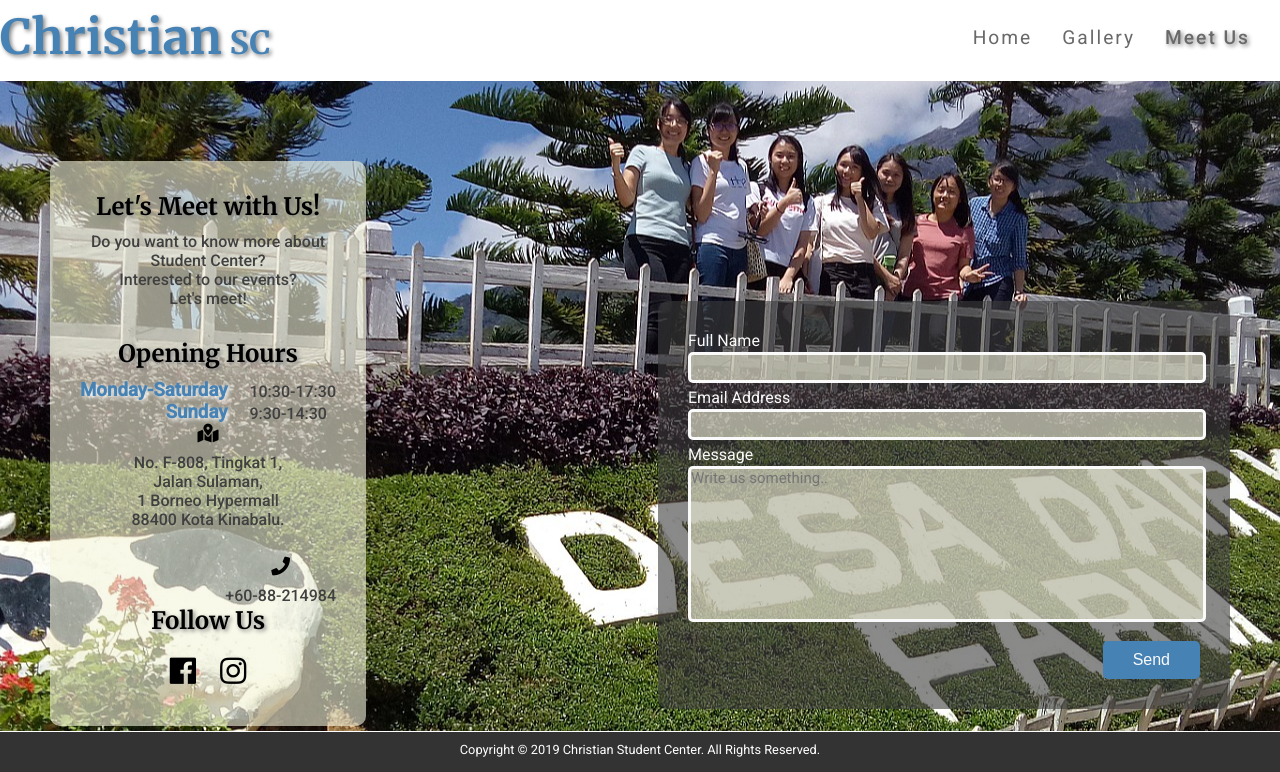
Repository: kongteckmee/christian-sc
Page: meet.html
The author's editor kept a record of every edit. The page is drawn from the files as they stood at one moment, then again after the next edit.
The browser window is 1280 px wide. The pictures show the whole page.
Some web libraries are served in a nearby version.

Above is the page before.

### meet.html
<!DOCTYPE html>
<html lang="en">

<head>
    <meta charset="UTF-8">
    <meta name="viewport" content="width=device-width, initial-scale=1.0">
    <meta http-equiv="X-UA-Compatible" content="ie=edge">
    <link rel="stylesheet" href="https://use.fontawesome.com/releases/v5.1.1/css/all.css" integrity="sha384-O8whS3fhG2OnA5Kas0Y9l3cfpmYjapjI0E4theH4iuMD+pLhbf6JI0jIMfYcK3yZ" crossorigin="anonymous">
    <link rel="stylesheet" href="assets/css/style.css" type="text/css" />
    <title>Christian Student Center</title>
</head>

<body>
    <header>
        <a id="logo" href="index.html">
            <h2><span style="font-size: 150%">Christian</span> SC</h2>
        </a>
        <nav>
            <ul id="scmenu">
                <li>
                    <a class="scactive" href="meet.html">Meet Us</a>
                </li>
                <li>
                    <a href="gallery.html">Gallery</a>
                </li>
                <li>
                    <a href="index.html">Home</a>
                </li>
            </ul>
        </nav>
    </header>
    <section id="meet">
        <div id="location">
            <div id="contact">
                <h2>Let's Meet with Us!</h2>
                <p>Do you want to know more about Student Center?</p>
                <p>Interested to our events?</p>
                <p>Let's meet!</p>
            </div>
            <div id="open">
                <h2>Opening Hours</h2>
                <div id="day">
                    <h3>Monday-Saturday</h3>
                    <h3>Sunday</h3>
                </div>
                <div id="time">
                    <p>10:30-17:30</p>
                    <p>9:30-14:30</p>
                </div>
            </div>
            <div id="address">
                <h3><i class="fas fa-map-marked-alt"></i></h3>
                <br>
                <p>No. F-808, Tingkat 1,</p>
                <p>Jalan Sulaman,</p>
                <p>1 Borneo Hypermall</p>
                <p>88400 Kota Kinabalu.</p>
            </div>
            <br>
            <div id="phone">
                <h3><i class="fas fa-phone"></i></h3>
                <br>
                <p>+60-88-214984</p>
            </div>
            <br>
            <div id="follow">
                <h2>Follow Us</h2>
                <nav>
                    <ul id="social">
                        <li><a href="https://www.facebook.com/thechurchinkk/" target="_blank"> <i class="fab fa-facebook"></i></a></li>
                        <li><a href="https://www.instagram.com/studentcenterkk/" target="_blank"> <i class="fab fa-instagram"></i></a></li>
                    </ul>
                </nav>
            </div>
        </div>
        <div id="form">
            <form>
                <label for="fullname">Full Name</label>
                <input class="place-input" type="text" name="full_name" id="fullname" required />
                <label for="email">Email Address</label>
                <input class="place-input" type="email" name="email_address" id="email" required />
                <label for="message">Message</label>
                <textarea class="place-input" id="message" name="message" placeholder="Write us something.." style="height:150px" required></textarea>
                <button type="submit">Send</button>
            </form>
        </div>
    </section>
    <footer>
        <div id="footer-copyright">
            <p>Copyright © 2019 Christian Student Center. All Rights Reserved.</p>
        </div>
    </footer>
</body>

</html>

### assets/css/style.css
@import url('https://fonts.googleapis.com/css?family=Merriweather:500,600,700|Roboto:300,400,500');

* {
    margin: 0;
    padding: 0;
    border: 0;
}

body {
    font-family: 'Roboto', sans-serif;
    color: #696969; /*Grey color */
}

/* ------------------------------------------------------ Header */

#logo {
    float: left;
    text-decoration: none;
}

#logo h2 {
    font-family: 'Merriweather', serif;
    font-size: 200%;
    color: #4682b4; /* Steel Blue color */
    text-shadow: 2px 2px 4px #808080;
}

#scmenu {
    font-size: 120%;
    list-style-type: none;
    letter-spacing: 2px;
}

#logo, #scmenu {
    line-height: 75px;
}

#scmenu li {
    float: right;
    margin-right: 30px;
}

#scmenu a {
    text-decoration: none;
    color: inherit;
}

#scmenu a:hover {
    color: #4682b4; /* Steel Blue color */
    font-weight: 500;
    text-shadow: 2px 2px 4px #808080;
}

.scactive {
    font-weight: 500;
    text-shadow: 2px 2px 4px #808080;
}

/* ------------------------------------------------------ Section: Welcome */

#scmeeting {
    height: 700px;
    width: 100%;
    background: url("../img/meeting-t.jpg") no-repeat center center;
}

#scgallery {
    height: 550px;
    width: 100%;
    background: url("../img/r_combined-t.jpg") no-repeat center center;
    margin-left: 140px;
    overflow: hidden;
}

#outing {
    height: 720px;
    width: 100%;
}

#photo img {
    width: 49%;
    margin-left: 4px;
}

#scmeetingrange {
    height: 700px;
    width: 100%;
    overflow: hidden;
}

#welcome-text {
    width: 400px;
    height: 220px;
    color: #fefcff; /* Milky white */
    background-color: rgba(212,175,55,.7);
    padding-top:20px;
    bottom: 35px; /* Fixed the welcome text box-bottom */
    right: 100px; /* Fixed the welcome text box-right */
    position: absolute;
}

#gallery-text {
    width: 350px;
    height: 350px;
    color: #fefcff; /* Milky white */
    background-color: rgba(219,112,147,.7);
    padding-top:20px;
    bottom: 200px;
    right: 940px;
    position: absolute;
}

#outing-text h1, #photo h1 {
    text-shadow: 2px 2px 4px #808080;
}

#video iframe {
    margin: 0 auto;
    display: block;
}

#welcome-text h1 {
    margin-bottom: 5px;
    font-size: 300%;
    font-family: 'Merriweather', serif;
    text-transform: uppercase;
    text-align: center;
    letter-spacing: 4px;
}

#gallery-text h1, #outing-text h1, #photo-text h1 {
    margin-top: 10px;
    margin-bottom: 20px;
    font-size: 250%;
    font-family: 'Merriweather', serif;
    /*text-transform: uppercase;*/
    text-align: center;
    letter-spacing: 4px;
}

hr {
    width: 80%;
    height: 3px;
    margin-left: auto;
    margin-right: auto;
    background-color:#fefcff; /* Milky white */
}

#welcome-text h3 {
    margin: 20px;
    font-size: 130%;
    font-weight: 300;
    text-align: center;
}

#gallery-text h3, #outing-text h3, #photo-text h3 {
    margin: 35px;
    font-size: 130%;
    font-weight: 300;
    text-align: center;
}

/* ------------------------------------------------------ Section: About */

#about {
    height: 500px;
}

#about h1 {
    margin-top: 30px;
    margin-bottom: 30px;
    font-family: 'Merriweather', serif;
    color: #4682b4; /* Steel Blue color */
    text-transform: uppercase;
    text-align: center;
    text-shadow: 2px 2px 4px #808080;
    font-size: 200%;
    letter-spacing: 1px;
}

#about h2 {
    font-family: 'Merriweather', serif;
    font-size: 130%;
    text-transform: uppercase;
    text-shadow: 2px 2px 4px #808080;
}

#left {
    margin-right: 30px;
    padding-top: 30px;
    width: 30%;
    float: left;
}

#right {
    margin-right: 30px;
    padding-top: 30px;
    width: 30%;
    float: right;
}

#center {
    padding-top: 30px;
    width: 33%;
    margin: 0 auto; /* center the div */
}

br {
    display: block;
    content: "";
    margin: 2em;
    font-size: 24%; /* spacing */
}

.left-right-side {
    width: 50%;
    float: right;
    padding-top: 40px;
    clear: both;
    margin-left: 20px;
    margin-bottom: 50px;
}

.middle {
    width: 50%;
    float: right;
    padding-top: 40px;
    margin-right: 20px;
}

#container {
    width: 150px;
    height: 150px;
    border: 3px solid #cccccc;
    border-radius: 50%;
    margin-left: 20px;
    margin-bottom: 20px;
}

#contain-study {
    background: url("../img/study-group.jpg") no-repeat center center;
    height: 100%;
    border-radius: 50%;
}

#contain-wifi {
    background: url("../img/free-wifi.jpg") no-repeat center center;
    height: 100%;
    border-radius: 50%;
}

#contain-seminar {
    background: url("../img/truth-seminar.jpg") no-repeat center center;
    height: 100%;
    border-radius: 50%;
}

#contain-bible {
    background: url("../img/bible-study.jpg") no-repeat center center;
    height: 100%;
    border-radius: 50%;
}

#contain-cafe {
    background: url("../img/cafe.jpg") no-repeat center center;
    height: 100%;
    border-radius: 50%;
}

#contain-books {
    background: url("../img/spiritual-book.jpg") no-repeat center center;
    height: 100%;
    border-radius: 50%;
}

/* ------------------------------------------------------ Section: Event */

#event {
    height: 250px;
    /*background-color: #a9a9a9;*/
}

#event div {
    color: #ffebcd;
    width: 19.2%;
    height: 90%;
    float: left;
    padding-top: 30px;
    text-align: center;
    margin: 5px;
}

#event h2 {
    color: #ffffff;
    font-family: 'Merriweather', serif;
    margin-bottom: 20px;
}

#event h3 {
    margin-top: 20px;
    font-weight: 400;
}

.black {
    background-color: rgba(48,48,48,.8);
}

.black h2 {
    line-height: 120px;
    text-transform: uppercase;
    text-shadow: 5px 5px 0px rgba(0,0,0,0.2);
}

.black h3 {
    color: #ffffff;
    font-size: 200%;
    text-shadow: 5px 5px 0px rgba(0,0,0,0.2);
}

.grey {
    background-color: rgba(105,105,105,.8);
}

.green {
    background-color: rgba(102,102,0,.8);
}

/* ------------------------------------------------------ Meet Us page */

#meet {
    height: 650px;
    width: 100%;
    clear: both;
    background: url("../img/desa.jpg") no-repeat center center;
}

#location {
    width: 20%;
    margin: 80px 0 0 50px;
    padding: 30px 30px 30px 30px;
    float: left;
    background-color: rgba(245,245,220,0.6);
    border-radius: 10px;
    color: #000;
    text-align: center;
}

#location h2 {
    font-family: 'Merriweather', serif;
    text-shadow: 2px 2px 4px #808080;
    margin-bottom: 10px;
}

#open {
    padding-top: 30px;
}

#day{
    float: left;
    text-align: right;
}

#day h3 {
    color: #4682b4;
    text-shadow: 2px 2px 4px #fff;
}

#time {
    float: right;
    text-align: left;
    color: #404040;
}

#time p {
    margin-top: 3px;
    font-weight: 500;
}

#address {
    clear: both;
    margin-top: 20px;
}

#address h3 {

}

#phone {
    float: right;
    margin-top: 20px;
}

#contact p, #address p, #phone p {
    font-weight: 500;
    color: #404040;
}

#follow {
    clear: both;
    margin-top: 20px;
}

#social li {
    display: inline;
}

#social i {
    font-size: 30px;
    margin: 10px;
    color: #000;
}

#social i:hover {
    color: #4682b4;
}

#form {
    width: 40%;
    margin: 220px 50px 0 0;
    padding: 30px 30px 30px 30px;
    float: right;
    background-color: rgba(60,60,60,0.6);
    border-radius: 10px;
    color: #fafafa;
}

.place-input {
    background-color: rgba(245,245,220,0.6);
    width: 100%;
    height: 25px;
    margin: 2px 0 5px 0;
    border: 3px solid #fafafa;
    border-radius: 5px;
    font-family: 'Roboto', sans-serif;
    font-size: 15px;
}

.place-input:hover {
    border-color: #4682b4;
}

textarea {
    resize: none;
}

button {
    background-color: #4682b4;
    margin-top: 10px;
    padding: 10px 30px 10px 30px;
    border-radius: 5px;
    color: #fafafa;
    font-size: 100%;
    text-align: center;
    display: block;
    float: right;
}

button:hover {
    background-color: #fafafa;
    color: #4682b4;
}

/* ------------------------------------------------------ Footer */

footer {
    /*margin-top: 5px;*/
    border-top: 1px solid #fff;
    height: 40px;
    width: 100%;
    background-color: #333333;
    clear: both;
}

footer #footer-copyright {
    color: #fff;
    line-height: 35px;
    font-size: 80%;
    text-align: center;
}

After the next edit:
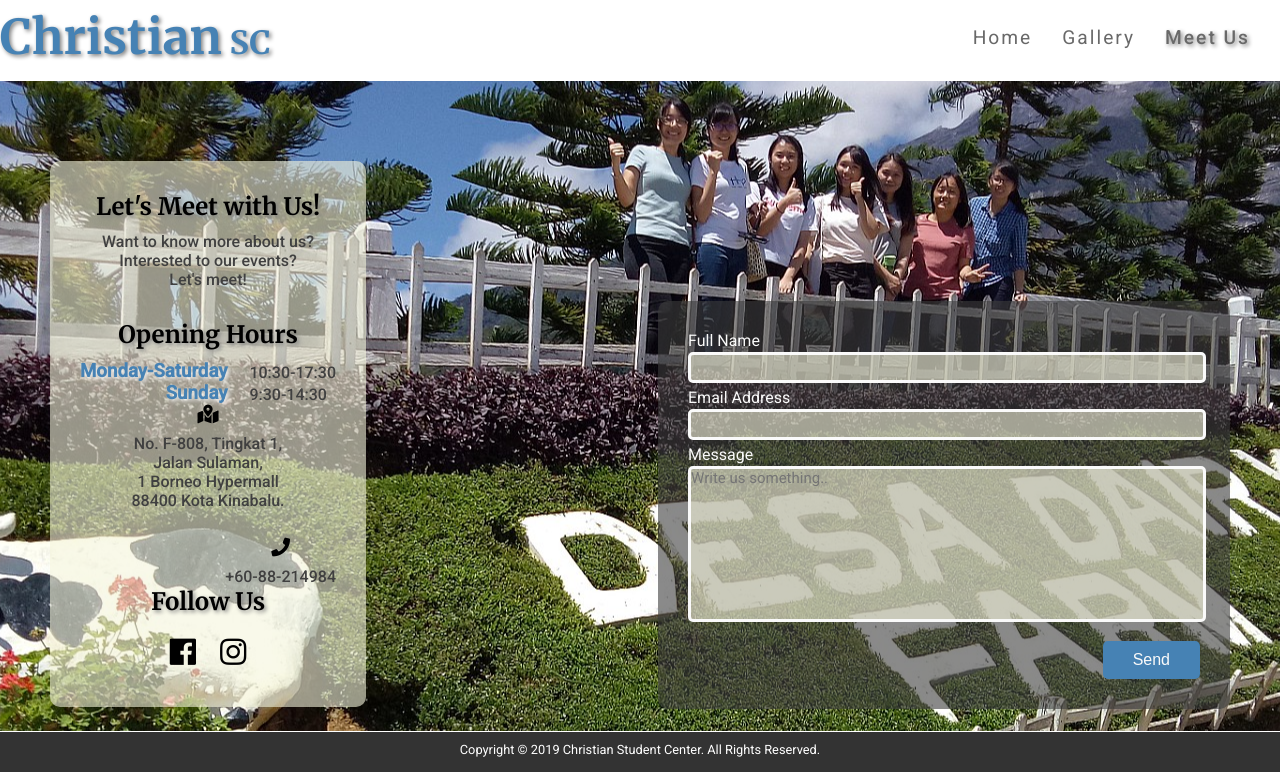
The edit:
--- a/meet.html
+++ b/meet.html
@@ -33,7 +33,7 @@
         <div id="location">
             <div id="contact">
                 <h2>Let's Meet with Us!</h2>
-                <p>Do you want to know more about Student Center?</p>
+                <p>Want to know more about us?</p>
                 <p>Interested to our events?</p>
                 <p>Let's meet!</p>
             </div>
